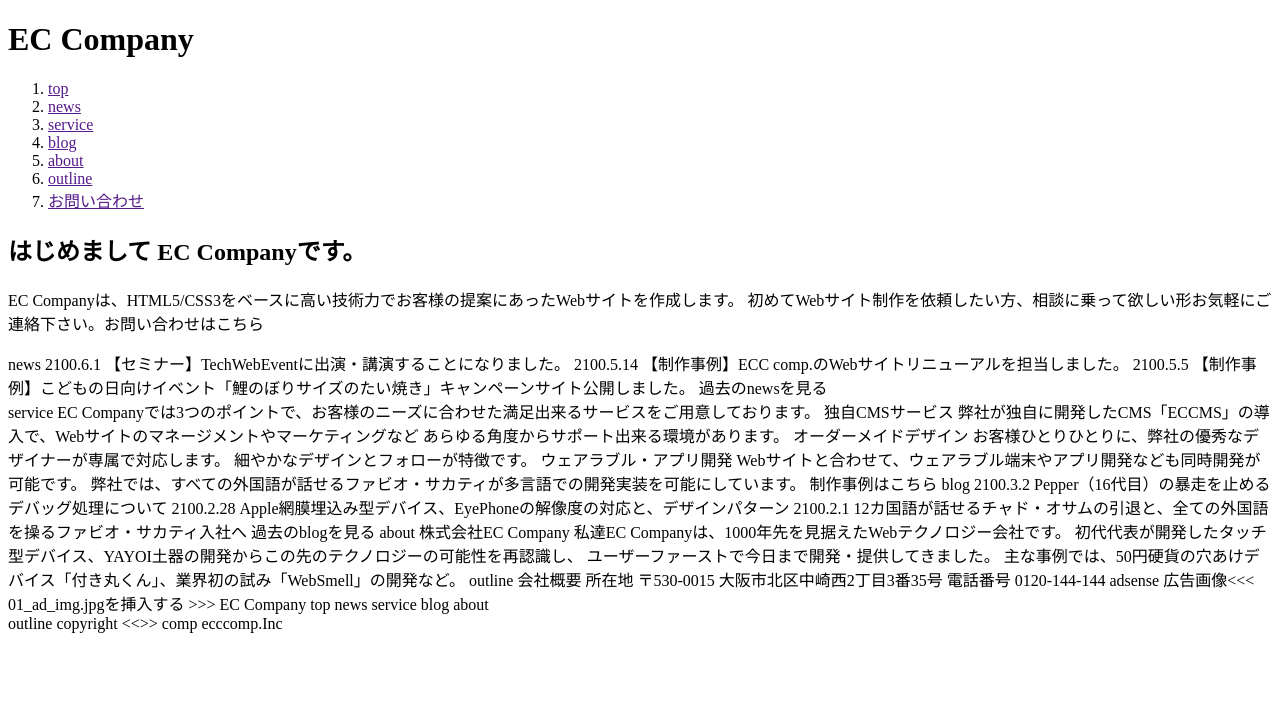
Repository: hsn320/html-practice
Page: html2/work01/work01.html
These files come from the project's save history. The page is drawn as it stood at one moment and after the next save; the edit follows.
The browser window is 1280 px wide. The pictures show the whole page.

Above is the page before, as saved 2025-10-01 22:42:38.

After the next save:
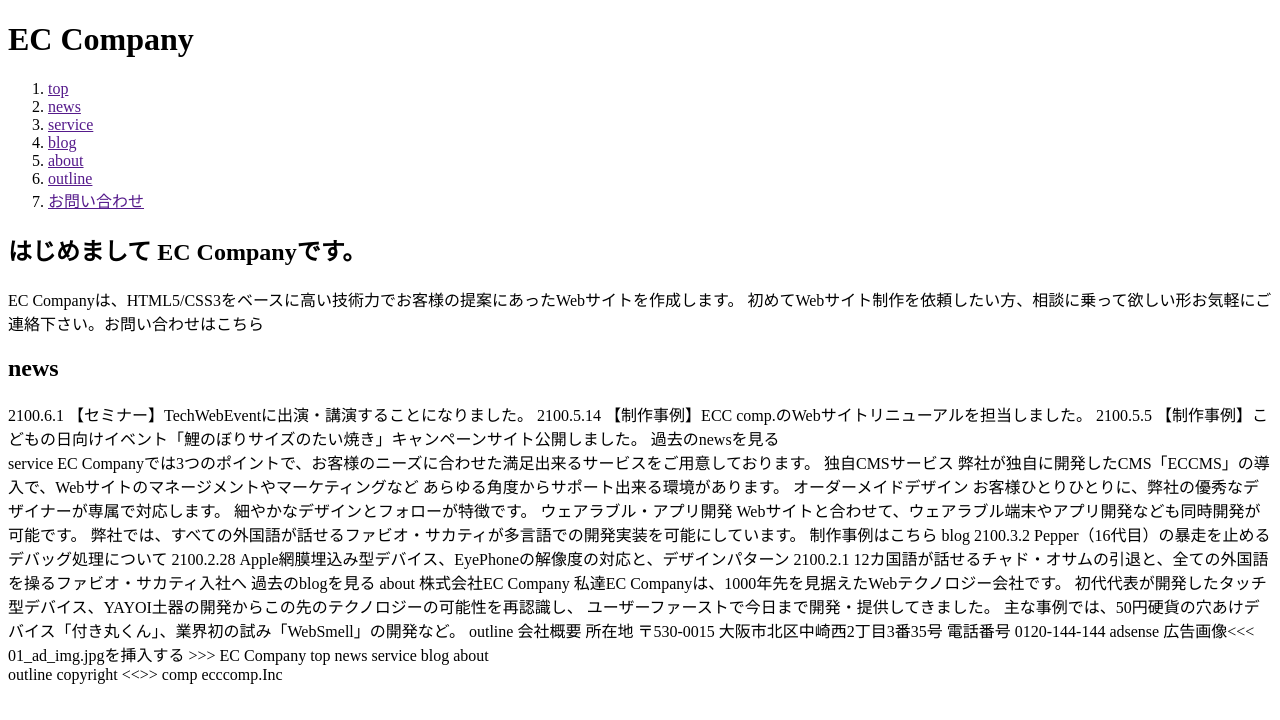
Saved 17 s later.
--- a/html2/work01/work01.html
+++ b/html2/work01/work01.html
@@ -29,7 +29,7 @@
         </p>
     </section>
     <section>
-        news
+        <h2>news</h2>
         2100.6.1
         【セミナー】TechWebEventに出演・講演することになりました。
         2100.5.14
